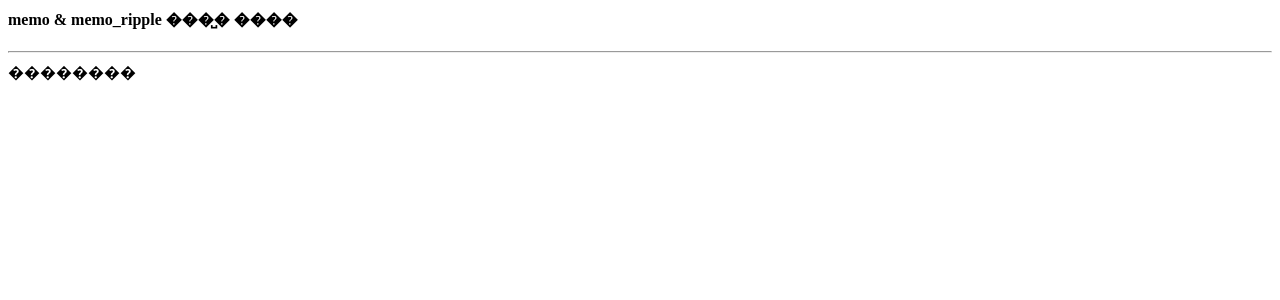
Repository: 2ujin/2018-PHP-afterschool
Page: http://localhost/WebSite_stu_mirim/memo/createTable.php
The author's editor kept a copy of each file at every save. The page is drawn from the files as they stood at one save, then again after the next save.
The browser window is 1280 px wide. The pictures show the whole page.
The page is run by PHP 8.4 with error messages shown; the project is at /var/www/html/.

Above is the page before, as saved 2018-08-02 04:12:18.

After the next save:
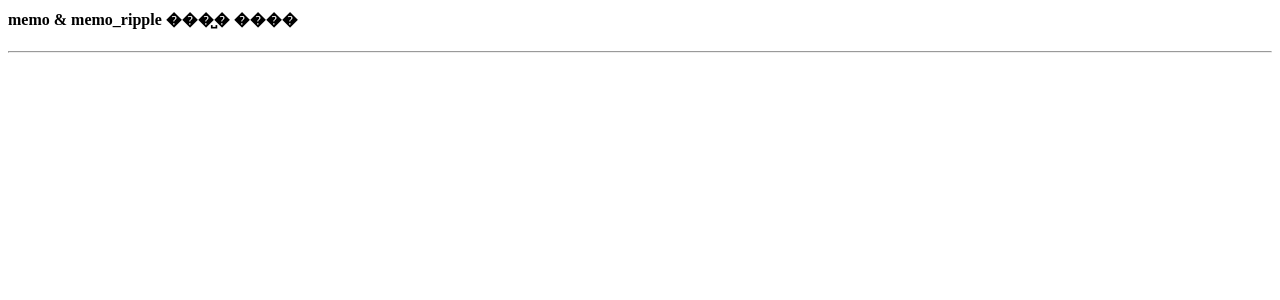
Saved 14 s later.
--- a/PHPStudy/WebSite_stu_mirim/memo/createTable.php
+++ b/PHPStudy/WebSite_stu_mirim/memo/createTable.php
@@ -17,11 +17,6 @@ $sql = "create table memo(
 
 $result = mysql_query($sql);
 
-if($result)
-    echo"성공";
-else
-    echo"실패";
-
     $sql = "create table memo_ripple(
             num int not null auto_increment,
             parent int not null,
@@ -35,8 +30,4 @@ else
 
  $result = mysql_query($sql);
 
- if($result)
-     echo"성공";
-     else
-         echo"실패";
 ?>
